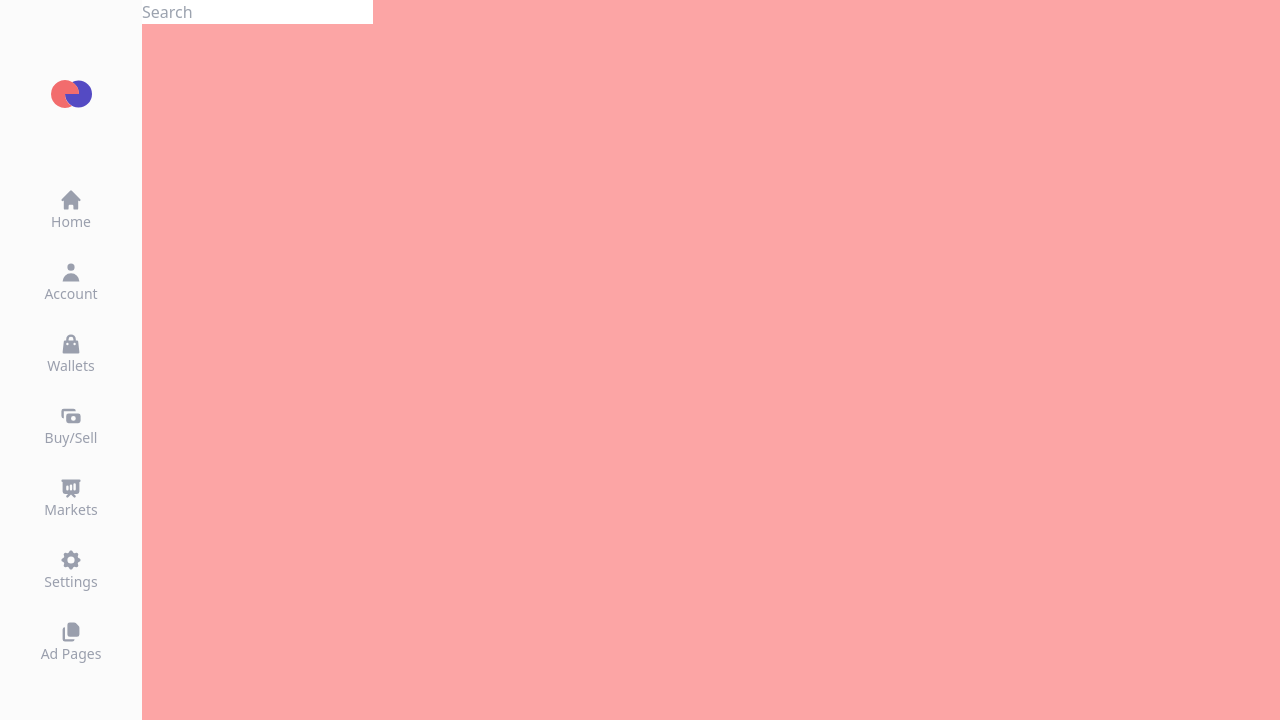
Repository: almaqdad55/crypto-app-nextjs
Page: /
An editor plug-in stored every save of this project. The page is shown before and after the next save, followed by the edit.
The browser window is 1280 px wide. The pictures show the whole page.
The project was rebuilt for these pictures with package versions that can differ from the ones it lists, and the page was loaded fresh each time. The framework's server and built-in components were replaced by stand-ins that run in the browser.

Above is the page before, as saved 2022-01-04 19:57:47.

### pages/index.js
import Head from 'next/head';
import Sidebar from '../components/Sidebar';
import Feed from '../components/Feed';

export default function Home() {
  return (
    <div className="">
      <Head>
        <title>Crypto Trade</title>
        <link rel="icon" href="/logo.svg" />
      </Head>

      <main className="flex">
        <Sidebar />
        <Feed />
        {/* Widget */}
      </main>
    </div>
  );
}

### styles/globals.css
@import url('https://fonts.googleapis.com/css2?family=Lato:wght@300;400;700&display=swap');

@tailwind base;
@tailwind components;
@tailwind utilities;

@layer base {
  body {
    @apply bg-white;
  }
}

@layer components {
  .icon-group {
    @apply flex flex-col  items-center text-sm cursor-pointer text-[#9A9FAD] hover:text-[#544AC3] transition duration-200;
  }
}

### components/Sidebar.jsx
import {
  HomeIcon,
  UserIcon,
  CashIcon,
  ShoppingBagIcon,
  PresentationChartBarIcon,
  CogIcon,
  DocumentDuplicateIcon,
} from '@heroicons/react/solid';

const Sidebar = () => {
  return (
    <div className="flex flex-col items-center  h-screen w-[142px]  bg-[#fbfbfb] ">
      <div className="mt-20">
        <img src="/logo.svg" alt="" />
      </div>
      <div className="mb-40 mt-20 flex flex-col space-y-7">
        <div className="icon-group group">
          <HomeIcon className="h-6 " />
          <span className="">Home</span>
        </div>
        <div className="icon-group group">
          <UserIcon className="h-6 " />
          <span className="">Account</span>
        </div>
        <div className="icon-group group">
          <ShoppingBagIcon className="h-6 " />
          <span className="">Wallets</span>
        </div>
        <div className="icon-group group ">
          <CashIcon className="h-6 " />
          <span className="">Buy/Sell</span>
        </div>
        <div className="icon-group group">
          <PresentationChartBarIcon className="h-6 " />
          <span className="">Markets</span>
        </div>
        <div className="icon-group group">
          <CogIcon className="h-6 " />
          <span className="">Settings</span>
        </div>
        <div className="icon-group group">
          <DocumentDuplicateIcon className="h-6 " />
          <span className="">Ad Pages</span>
        </div>
      </div>
    </div>
  );
};

export default Sidebar;

### components/Feed.jsx
import {
  DotsHorizontalIcon,
  PhotographIcon,
  NewspaperIcon,
  SearchIcon,
} from '@heroicons/react/outline';

const Feed = () => {
  return (
    <div className=" flex-grow bg-red-300">
      <div>
        <div className="rounded-2xl">
          <input type="text" placeholder={`Search`} className="" />
        </div>
      </div>
    </div>
  );
};

export default Feed;

### tailwind.config.js
module.exports = {
  content: [
    './pages/**/*.{js,ts,jsx,tsx}',
    './components/**/*.{js,ts,jsx,tsx}',
  ],
  theme: {
    extend: {
      fontFamily: {
        Lato: ['Lato', 'sans-serif'],
      },
    },
  },
  plugins: [],
};

Loaded but not shown: pages/_app.js (common file); pages/api/hello.js (common file); pages/api/city.js (no copy from this time; the picture is the same without it); pages/api/getYTData.js (no copy from this time; the picture is the same without it)

After the next save:
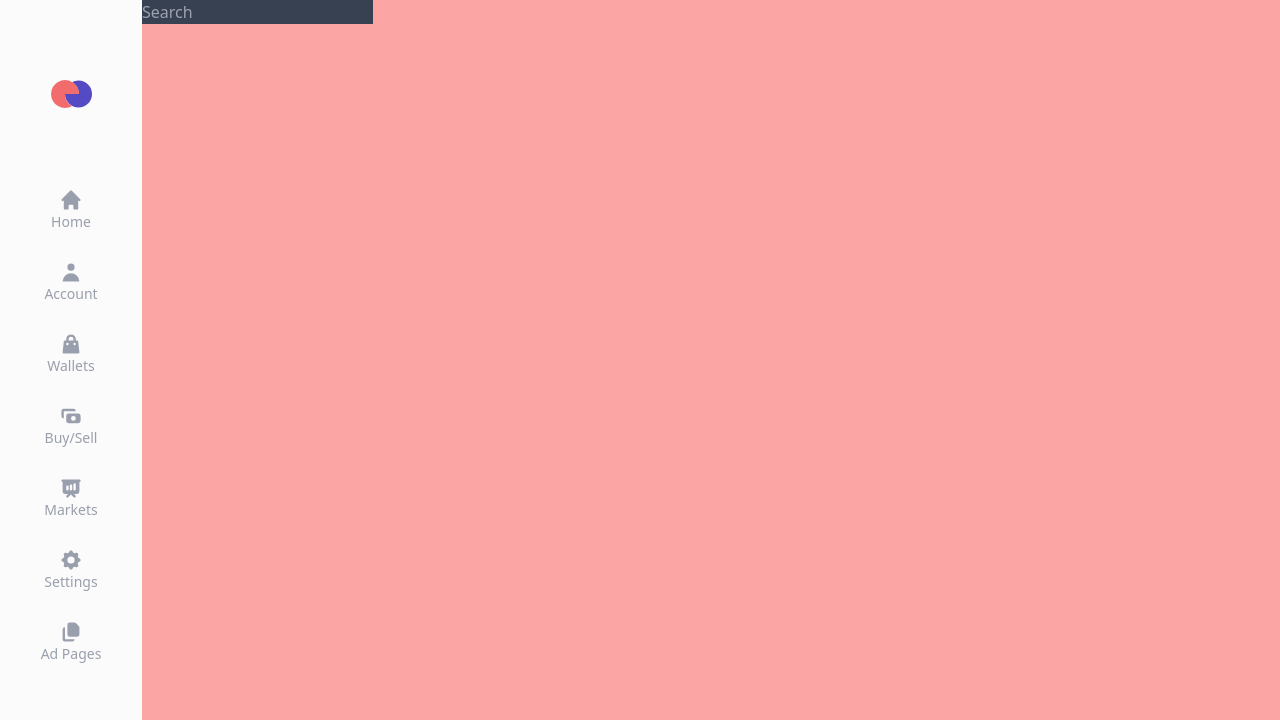
Saved 5 s later.
--- a/components/Feed.jsx
+++ b/components/Feed.jsx
@@ -10,7 +10,7 @@ const Feed = () => {
     <div className=" flex-grow bg-red-300">
       <div>
         <div className="rounded-2xl">
-          <input type="text" placeholder={`Search`} className="" />
+          <input type="text" placeholder={`Search`} className="bg-gray-700 " />
         </div>
       </div>
     </div>
